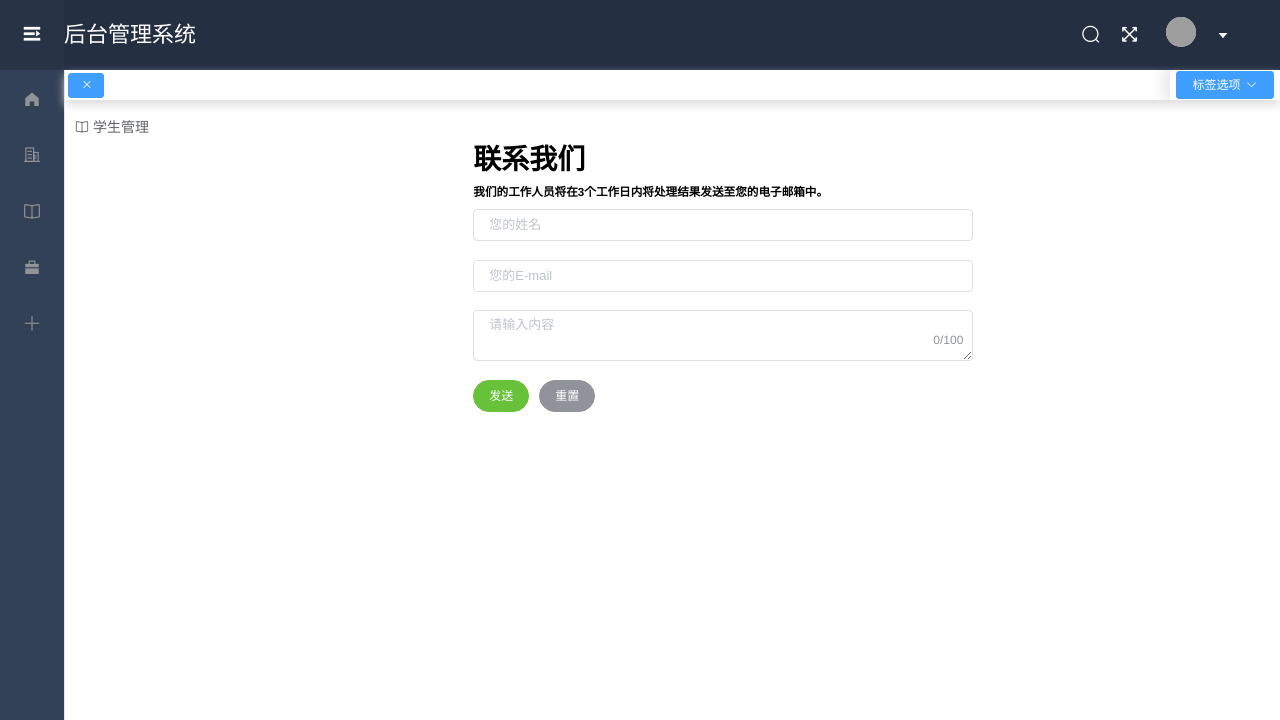
Repository: hitabullet/Student-Dormitory-Manager-System
Page: /#/email (app in dormitory-back-end/)
The author's editor kept a copy of each file at every save. The page is drawn from the files as they stood at one save, then again after a run of saves.
The browser window is 1280 px wide. The pictures show the whole page.
Pictures or frames that could not be fetched are drawn as grey boxes. The project was rebuilt for these pictures with package versions that can differ from the ones it lists, and the page was loaded fresh each time. Also part of the build but not shown: dormitory-back-end/vue.config.js, dormitory-back-end/src/assets/css/icon.css.

Above is the page before, as saved 2020-10-23 10:02:51.

After the next 2 saves:
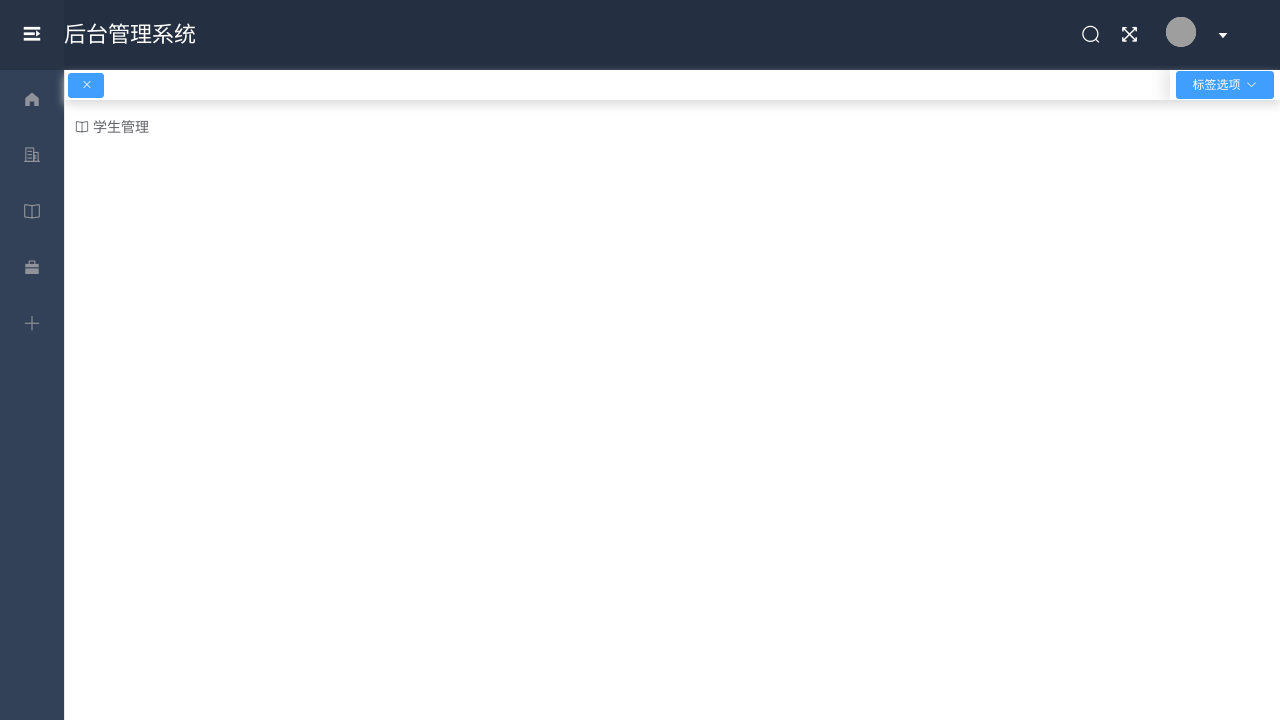
The 2 saves are shown as one change because they came seconds apart.
The last was saved 52 s later.
--- a/dormitory-back-end/src/views/Email.vue
+++ b/dormitory-back-end/src/views/Email.vue
@@ -1,7 +1,7 @@
 <!--
  * @Author: your name
  * @Date: 2020-10-22 11:45:29
- * @LastEditTime: 2020-10-23 10:02:50
+ * @LastEditTime: 2020-10-23 10:03:41
  * @LastEditors: Please set LastEditors
  * @Description: In User Settings Edit
  * @FilePath: \airplane\src\views\Email.vue
@@ -16,58 +16,6 @@
         </el-breadcrumb-item>
       </el-breadcrumb>
     </div>
-    <el-row>
-      <el-col :span="8">
-        <div style="width: 450px; height: 500px"></div>
-      </el-col>
-      <el-col :span="8">
-        <div style="width: auto; height: auto">
-          <el-form :model="Mail" ref="SendEmail" style="width: 500px">
-            <el-form-item prop="subject">
-              <h1>联系我们</h1>
-              <h5 style="text-align: left">
-                我们的工作人员将在3个工作日内将处理结果发送至您的电子邮箱中。
-              </h5>
-              <el-input
-                placeholder="您的姓名"
-                v-model="Mail.subject"
-                clearable
-              ></el-input>
-            </el-form-item>
-            <el-form-item prop="receiver">
-              <el-input
-                placeholder="您的E-mail"
-                v-model="Mail.receiver"
-                clearable
-              ></el-input>
-            </el-form-item>
-
-            <el-form-item prop="text">
-              <el-input
-                type="textarea"
-                placeholder="请输入内容"
-                v-model="Mail.text"
-                maxlength="100"
-                show-word-limit
-              />
-            </el-form-item>
-            <el-form-item>
-              <el-button
-                type="success"
-                @click="submit"
-                round
-                >发送</el-button
-              >
-
-              <el-button type="info"  @click="resetForm('SendEmail')" round>重置</el-button>
-            </el-form-item>
-          </el-form>
-        </div>
-      </el-col>
-      <el-col :span="8">
-        <div style="width: 450px; height: 500px"></div>
-      </el-col>
-    </el-row>
   </div>
 </template>
 
